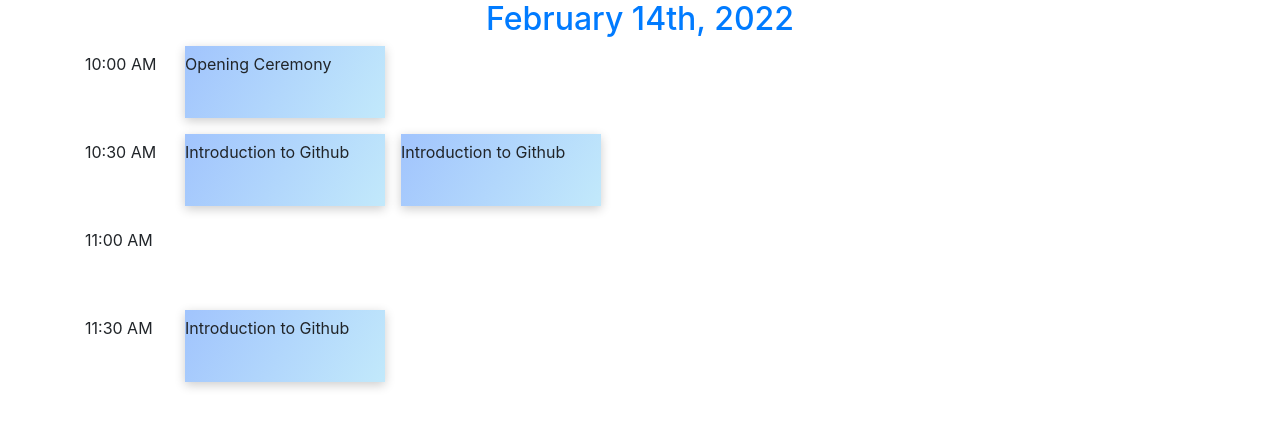
Repository: BaileyLuu/yuHacks2022
Page: public/schedule.html
The author's editor kept a copy of each file at every save. The page is drawn from the files as they stood at one save, then again after the next save.
The browser window is 1280 px wide. The pictures show the whole page.
Some web libraries are served in a nearby version.

Above is the page before, as saved 2021-11-20 13:10:53.

### public/schedule.html
<!DOCTYPE html>
<html lang="en">

<head>
    <meta charset="UTF-8">
    <meta http-equiv="X-UA-Compatible" content="IE=edge">
    <meta name="viewport" content="width=device-width, initial-scale=1.0">

    <script src="https://ajax.googleapis.com/ajax/libs/jquery/3.5.1/jquery.min.js"></script>

    <!-- Popper JS -->
    <script src="https://cdnjs.cloudflare.com/ajax/libs/popper.js/1.12.9/umd/popper.min.js"
        integrity="sha384-ApNbgh9B+Y1QKtv3Rn7W3mgPxhU9K/ScQsAP7hUibX39j7fakFPskvXusvfa0b4Q"
        crossorigin="anonymous"></script>

    <!-- Latest compiled JavaScript -->
    <script src="https://maxcdn.bootstrapcdn.com/bootstrap/4.0.0/js/bootstrap.min.js"
        integrity="sha384-JZR6Spejh4U02d8jOt6vLEHfe/JQGiRRSQQxSfFWpi1MquVdAyjUar5+76PVCmYl"
        crossorigin="anonymous"></script>

    <!-- Latest compiled and minified CSS -->
    <link rel="stylesheet" href="https://maxcdn.bootstrapcdn.com/bootstrap/4.0.0/css/bootstrap.min.css"
        integrity="sha384-Gn5384xqQ1aoWXA+058RXPxPg6fy4IWvTNh0E263XmFcJlSAwiGgFAW/dAiS6JXm" crossorigin="anonymous">

    <!-- AOS CSS Library CDN -->
    <link href="https://unpkg.com/aos@2.3.1/dist/aos.css" rel="stylesheet">
    <!-- Bootstrap Icons -->
    <link rel="stylesheet" href="https://cdn.jsdelivr.net/npm/bootstrap-icons@1.7.0/font/bootstrap-icons.css">



    <script src="https://code.jquery.com/jquery-3.2.1.slim.min.js"
        integrity="sha384-KJ3o2DKtIkvYIK3UENzmM7KCkRr/rE9/Qpg6aAZGJwFDMVNA/GpGFF93hXpG5KkN"
        crossorigin="anonymous"></script>
    <link rel="stylesheet" href="./schedule.css">
    <script src="schedule.js"></script>
    <script src="https://ajax.googleapis.com/ajax/libs/jquery/3.3.1/jquery.min.js"></script>
    <title>yuHacks Schedule</title>
</head>

<body>
    <section class="">
        <div class="container">
            <h2 class="text-primary title text-center">February 14th, 2022</h1>

                <!-- <div class="row row-cols-2">
          <div class="col">Column</div>
          <div class="col">Column</div>
          <div class="col">Column</div>
          <div class="col">Column</div>
          <div class="col">Column</div>
          <div class="col">Column</div>

        </div>
        <div class="row row-cols-2">
            <div class="col">Column</div>
            <div class="col">Column</div>
            <div class="col">Column</div>
            <div class="col">Column</div>
            <div class="col">Column</div>
            <div class="col">Column</div>

          </div> -->
                <div class="schedule-table">



                    <div class="box schedule-time mb-3">
                        <div class="schedule-time" style="width: 100px;">10:00 AM</div>
                        <div class="session-box schedule-time">Opening Ceremony</div>

                    </div>
                    <div class="box schedule-time mb-3">
                        <div class="schedule-time" style="width: 100px;">10:30 AM</div>
                        <div class="session-box schedule-time">Introduction to Github</div>
                        <div class="session-box schedule-time mx-3">Introduction to Github</div>

                    </div>
                    <div class="box schedule-time mb-3">
                        <div class="schedule-time" style="width: 100px;">11:00 AM</div>
                        <div class="empty schedule-time"></div>

                    </div>
                    <div class="box schedule-time">
                        <div class="schedule-time" style="width: 100px;">11:30 AM</div>
                        <div class="session-box schedule-time">Introduction to Github</div>

                    </div>

                    <!-- <div class="col-md-8">
              <div>Introduction to Github</div>
              <div></div>
              <div>Introduction to Bootstrap</div>
          </div> -->

                </div>
        </div>
    </section>

    <script src="https://cdnjs.cloudflare.com/ajax/libs/jquery/3.6.0/jquery.min.js"
        integrity="sha512-894YE6QWD5I59HgZOGReFYm4dnWc1Qt5NtvYSaNcOP+u1T9qYdvdihz0PPSiiqn/+/3e7Jo4EaG7TubfWGUrMQ=="
        crossorigin="anonymous" referrerpolicy="no-referrer"></script>
    <!-- Option 1: Bootstrap Bundle with Popper -->
    <script src="https://cdn.jsdelivr.net/npm/bootstrap@5.1.3/dist/js/bootstrap.bundle.min.js"
        integrity="sha384-ka7Sk0Gln4gmtz2MlQnikT1wXgYsOg+OMhuP+IlRH9sENBO0LRn5q+8nbTov4+1p"
        crossorigin="anonymous"></script>

    <script src="https://unpkg.com/aos@2.3.1/dist/aos.js"></script>
    <script>
        AOS.init({
            offset: 500,
            duration: 800,
            once: true,
        }

        );
    </script>
</body>

</html>

### public/schedule.css
/* body {
    background-color: #141c3c;
  } */

.schedule-time{
  display:flex;
  flex-direction: column;
  width: 200px;
  height:10vh;
  box-sizing: border-box;
  z-index: 50;
  line-height: 5vh;
  flex-wrap: wrap;
}
.session-box{
  background-image: linear-gradient(120deg, #a1c4fd 0%, #c2e9fb 100%);
  box-shadow: 0 3px 10px rgb(0 0 0 / 0.2);
  position:relative;
  flex-wrap: wrap;
}
.empty-box{
  background-image: white;
  box-shadow: 0 3px 10px rgb(0 0 0 / 0.2);
  position:relative;
  flex-wrap: wrap;
}
.schedule-table{
  display:flex;
  flex-direction:column;

}
/* .box>* {
  flex: 1 1 70px;
} */

Loaded but not shown: public/schedule.js (no copy from this time; the picture is the same without it)

After the next save:
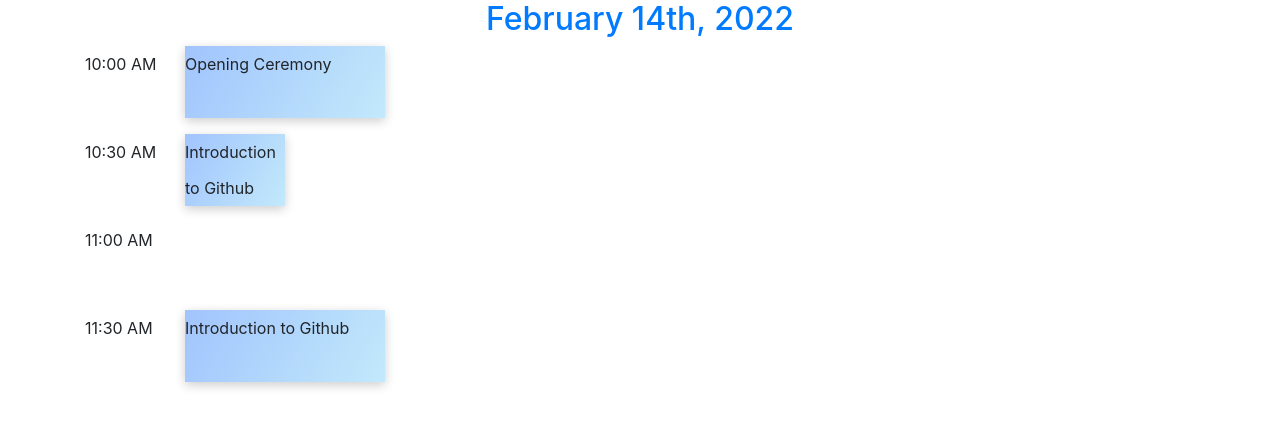
Saved 44 s later.
--- a/public/schedule.html
+++ b/public/schedule.html
@@ -72,8 +72,7 @@
                     </div>
                     <div class="box schedule-time mb-3">
                         <div class="schedule-time" style="width: 100px;">10:30 AM</div>
-                        <div class="session-box schedule-time">Introduction to Github</div>
-                        <div class="session-box schedule-time mx-3">Introduction to Github</div>
+                        <div class="session-box schedule-time" style="width: 100px;">Introduction to Github</div>
 
                     </div>
                     <div class="box schedule-time mb-3">
